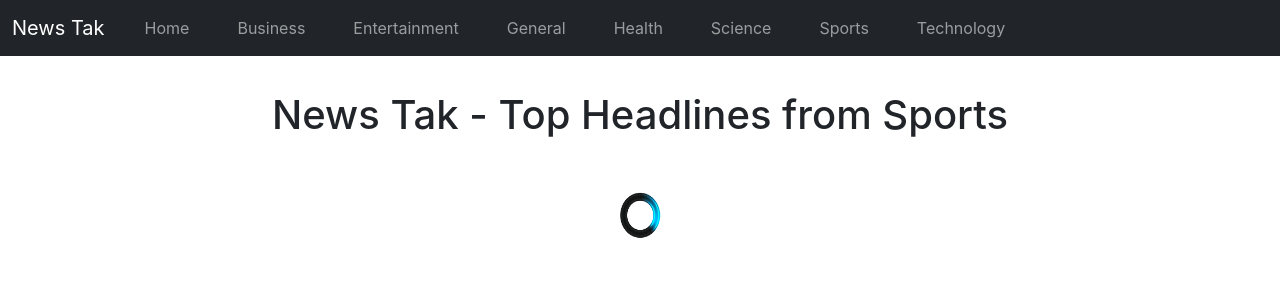
Repository: Rohit-foryou/News-website
Page: /sports
The author's editor kept a copy of each file at every save. The page is drawn from the files as they stood at one save, then again after the next save.
The browser window is 1280 px wide. The pictures show the whole page.
The page's requests for data from a server got no answer. The project was rebuilt for these pictures with package versions that can differ from the ones it lists, and the page was loaded fresh each time. No one was signed in, and anything a server would have sent is missing. Also part of the build but not shown: src/Components/NewsItem.js.

Above is the page before, as saved 2024-01-12 10:36:45.

### public/index.html
<!DOCTYPE html>
<html lang="en">
  <head>
    <meta charset="utf-8" />
    <link rel="icon" href="%PUBLIC_URL%/favicon.ico" />
    <meta name="viewport" content="width=device-width, initial-scale=1" />
    <meta name="theme-color" content="#000000" />
    <meta
      name="description"
      content="News Tak is used to see latest news fast and easy"
    />
    <link rel="apple-touch-icon" href="%PUBLIC_URL%/logo192.png" />
    <!--
      manifest.json provides metadata used when your web app is installed on a
      user's mobile device or desktop. See https://developers.google.com/web/fundamentals/web-app-manifest/
    -->
    <link rel="manifest" href="%PUBLIC_URL%/manifest.json" />
    <!--
      Notice the use of %PUBLIC_URL% in the tags above.
      It will be replaced with the URL of the `public` folder during the build.
      Only files inside the `public` folder can be referenced from the HTML.

      Unlike "/favicon.ico" or "favicon.ico", "%PUBLIC_URL%/favicon.ico" will
      work correctly both with client-side routing and a non-root public URL.
      Learn how to configure a non-root public URL by running `npm run build`.
    -->
    <title>News Tak</title>
    <link href="https://cdn.jsdelivr.net/npm/bootstrap@5.3.2/dist/css/bootstrap.min.css" rel="stylesheet" integrity="sha384-T3c6CoIi6uLrA9TneNEoa7RxnatzjcDSCmG1MXxSR1GAsXEV/Dwwykc2MPK8M2HN" crossorigin="anonymous">
  </head>
  <body>
    <noscript>You need to enable JavaScript to run this app.</noscript>
    <div id="root"></div>
    <!--
      This HTML file is a template.
      If you open it directly in the browser, you will see an empty page.

      You can add webfonts, meta tags, or analytics to this file.
      The build step will place the bundled scripts into the <body> tag.

      To begin the development, run `npm start` or `yarn start`.
      To create a production bundle, use `npm run build` or `yarn build`.
    -->
    <script src="https://cdn.jsdelivr.net/npm/bootstrap@5.3.2/dist/js/bootstrap.bundle.min.js" integrity="sha384-C6RzsynM9kWDrMNeT87bh95OGNyZPhcTNXj1NW7RuBCsyN/o0jlpcV8Qyq46cDfL" crossorigin="anonymous"></script>
  </body>
</html>

### src/App.js
import React, { Component } from 'react';
import NavBar from './Components/NavBar';
import News from './Components/News';
import {
  BrowserRouter,
  Route,
  Routes,
} from "react-router-dom";
import LoadingBar from 'react-top-loading-bar'

export class App extends Component {
  pageSize=9;

  state = {
    progress: 0
  }
  setProgress = (progress)=>{
    this.setState({progress: progress})
  }


  render() {
    return (
      <div>
        <BrowserRouter>
        <LoadingBar
        color='#f11946'
        progress={this.state.progress}
      />
          <NavBar />
          <Routes>
            <Route exact path='/' element={<News setProgress={this.setProgress}  key="general"pageSize={this.pageSize} country='in' category='general' />} />
            <Route exact path='/business' element={<News setProgress={this.setProgress}  key="business"pageSize={this.pageSize} country='in' category='business' />} />
            <Route exact path='/entertainment' element={<News setProgress={this.setProgress}  key="entertainment"pageSize={this.pageSize} country='in' category='entertainment' />} />
            <Route exact path='/general' element={<News setProgress={this.setProgress}  key="general"pageSize={this.pageSize} country='in' category='general' />} />
            <Route exact path='/health' element={<News setProgress={this.setProgress}  key="health"pageSize={this.pageSize} country='in' category='health' />} />
            <Route exact path='/science' element={<News setProgress={this.setProgress}  key="science"pageSize={this.pageSize} country='in' category='science' />} />
            <Route exact path='/sports' element={<News setProgress={this.setProgress}  key="sports"pageSize={this.pageSize} country='in' category='sports' />} />
            <Route exact path='/technology' element={<News setProgress={this.setProgress}  key="technology"pageSize={this.pageSize} country='in' category='technology' />} />
          </Routes>
        </BrowserRouter>
      </div>
    );
  }
}

export default App;

### src/Components/NavBar.js
import React, { Component } from "react";
import {Link} from "react-router-dom";

export default class NavBar extends Component {
  render() {
    return (
      <div>
        <nav className="navbar navbar-expand-lg navbar-dark bg-dark">
          <div className="container-fluid">
            <Link className="navbar-brand" to="/">
              News Tak
            </Link>
            <button
              className="navbar-toggler"
              type="button"
              data-bs-toggle="collapse"
              data-bs-target="#navbarSupportedContent"
              aria-controls="navbarSupportedContent"
              aria-expanded="false"
              aria-label="Toggle navigation"
            >
              <span className="navbar-toggler-icon"></span>
            </button>
            <div
              className="collapse navbar-collapse"
              id="navbarSupportedContent"
            >
              <ul className="navbar-nav me-auto mb-2 mb-lg-0">
                <li className="nav-item mx-3">
                  <Link className="nav-link" aria-current="page" to="/">
                    Home
                  </Link>
                </li>
                <li className="nav-item mx-3">
                  <Link className="nav-link" to="/business">
                    Business
                  </Link>
                </li>
                <li className="nav-item mx-3">
                  <Link className="nav-link" to="/entertainment">
                    Entertainment
                  </Link>
                </li>
                <li className="nav-item mx-3">
                  <Link className="nav-link" to="/general">
                    General
                  </Link>
                </li>
                <li className="nav-item mx-3">
                  <Link className="nav-link" to="/health">
                    Health
                  </Link>
                </li>
                <li className="nav-item mx-3">
                  <Link className="nav-link" to="/science">
                    Science
                  </Link>
                </li>
                <li className="nav-item mx-3">
                  <Link className="nav-link" to="/sports">
                    Sports
                  </Link>
                </li>
                <li className="nav-item mx-3">
                  <Link className="nav-link" to="/technology">
                    Technology
                  </Link>
                </li>
              </ul>
            </div>
          </div>
        </nav>
      </div>
    );
  }
}

### src/Components/News.js
import React, { Component } from "react";
import NewsItem from "./NewsItem";
import Spinner from "./Spinner";
import PropTypes from 'prop-types'
import InfiniteScroll from "react-infinite-scroll-component";


export class News extends Component {

  static defaultProps = {
    country: 'in',
    pageSize: 8,
    category: 'general',
    totalResults: 0,
  }

  static propTypes = {
    country: PropTypes.string,
    pageSize: PropTypes.number,
    category: PropTypes.string,
  }

  capitalizeFirstLetter = (string) => {
    return string.charAt(0).toUpperCase() + string.slice(1);
  }

  constructor(props) {
    super(props);
    // console.log("hello i am constructor");
    this.state = {
      articles: [],
      loading: false,
      page: 1,
    };
    document.title = `${this.capitalizeFirstLetter(this.props.category)} - News Tak`;
  }



  async componentDidMount() {
    this.update();
  }

  handleNextClick = async () => {
    this.setState({ page: this.state.page + 1 });
    this.update();

  };


  handlePrevClick = async () => {
    this.setState({ page: this.state.page - 1 });
    this.update();
  };

  async update() {
    this.props.setProgress(0);
    const url = `https://newsapi.org/v2/top-headlines?country=${this.props.country}&category=${this.props.category}&apiKey=fa3dbec13bb44cd2a222250b4aea8871&page=${this.state.page + 1}&pageSize=${this.props.pageSize}`;

    this.setState({loading: true});
    let data = await fetch(url);
    let parsedData = await data.json();

    this.setState({
      totalResults: parsedData.articles,
      articles: parsedData.articles,
      loading: false,
    });
    this.props.setProgress(100);

};

  fetchMoreData = async () => {
    this.setState({ page: this.state.page + 1 })
    const url = `https://newsapi.org/v2/top-headlines?country=${this.props.country}&category=${this.props.category}&apiKey=fa3dbec13bb44cd2a222250b4aea8871&page=${this.state.page}&pageSize=${this.props.pageSize}`;

    this.setState({ loading: true });
    let data = await fetch(url);
    let parsedData = await data.json();

    this.setState({
      totalResults: parsedData.totalResults,
      articles: this.state.articles.concat(parsedData.articles),
      loading: false,
    });
  };


  render() {
    return (
      <>
        <h1 className="text-center" style={{ margin: '35px 0px' }}>News Tak - Top Headlines from {this.capitalizeFirstLetter(this.props.category)}</h1>
        {/* {this.state.loading && <Spinner/>} */}

        <InfiniteScroll
          dataLength={this.state.articles.length}
          next={this.fetchMoreData}
          hasMore={this.state.articles.length !== this.state.totalResults}
          loader={<Spinner />}>


          <div className="container">
            <div className="row">
              {this.state.articles.map((element) => {
                return (
                  <div className="col-md-4" key={element.url}>
                    <NewsItem
                      title={element.title ? element.title.slice(0, 100) : ""}
                      description={
                        element.description ? element.description : ""
                      }
                      imgUrl={element.urlToImage}
                      newsUrl={element.url}
                      author={element.author}
                      date={element.publishedAt}
                      source={element.source.name}
                    />
                  </div>
                );
              })}
            </div>
          </div>
        </InfiniteScroll>

      </>
    );
  }
}

export default News;

### src/Components/Spinner.js
import React from 'react';
import loading from './loading.gif';

const Spinner = () => {
  return (
    <div className='text-center my-3'>
      <img src={loading} alt="loading" style={{ width: '50px', height: '50px' }} />
    </div>
  );
}

export default Spinner;

Loaded but not shown: src/index.js (common file); src/index.css (common file); src/reportWebVitals.js (common file)

After the next save:
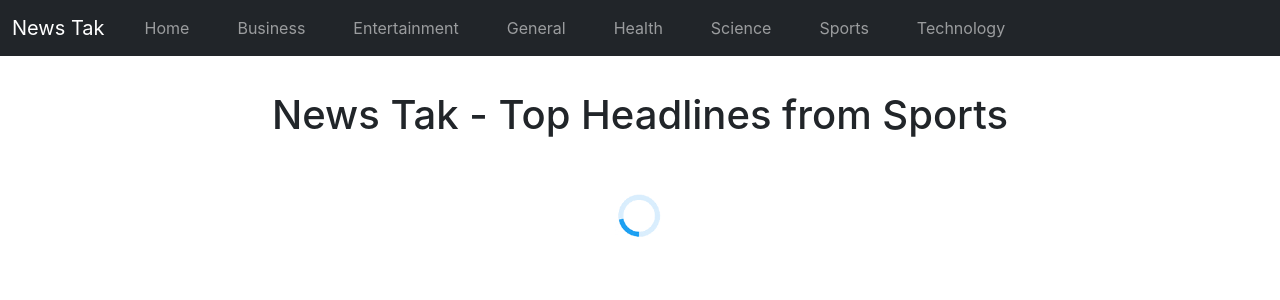
Saved 4 min 33 s later.
--- a/src/Components/Spinner.js
+++ b/src/Components/Spinner.js
@@ -1,10 +1,11 @@
 import React from 'react';
 import loading from './loading.gif';
+import giphy from './giphy.gif'
 
 const Spinner = () => {
   return (
     <div className='text-center my-3'>
-      <img src={loading} alt="loading" style={{ width: '50px', height: '50px' }} />
+      <img src={giphy} alt="loading" style={{ width: '50px', height: '50px' }} />
     </div>
   );
 }
